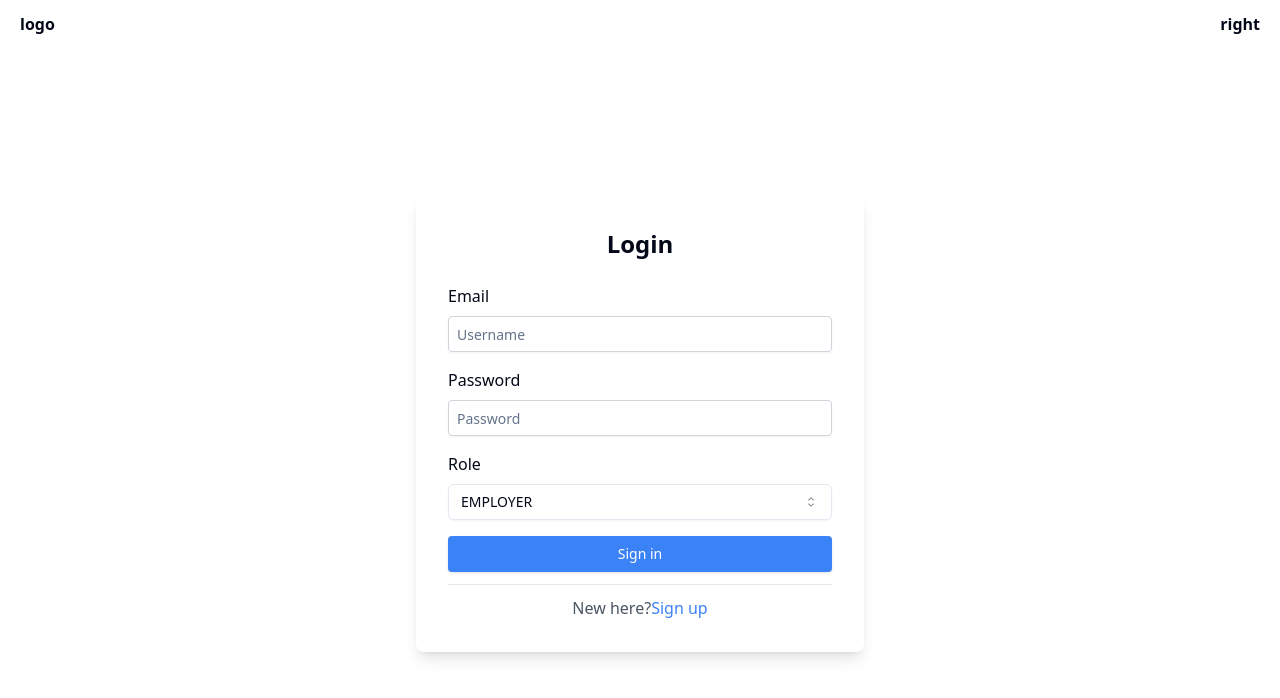
Repository: hisreal123/globalpath_fe
Page: /auth/signin
An editor plug-in stored every save of this project. The page is shown before and after a run of saves, followed by the edit.
The browser window is 1280 px wide. The pictures show the whole page.
The project was rebuilt for these pictures with package versions that can differ from the ones it lists, and the page was loaded fresh each time. Also part of the build but not shown: vite.config.ts, src/components/pages/HomeComponent.tsx, src/pages/Home.tsx, src/pages/Error.tsx, src/pages/About.tsx, src/pages/Blog.tsx, src/pages/Find_jobs.tsx, src/components/Header.tsx and 3 more.

Above is the page before, as saved 2024-10-12 15:59:24.

After the next 3 saves:
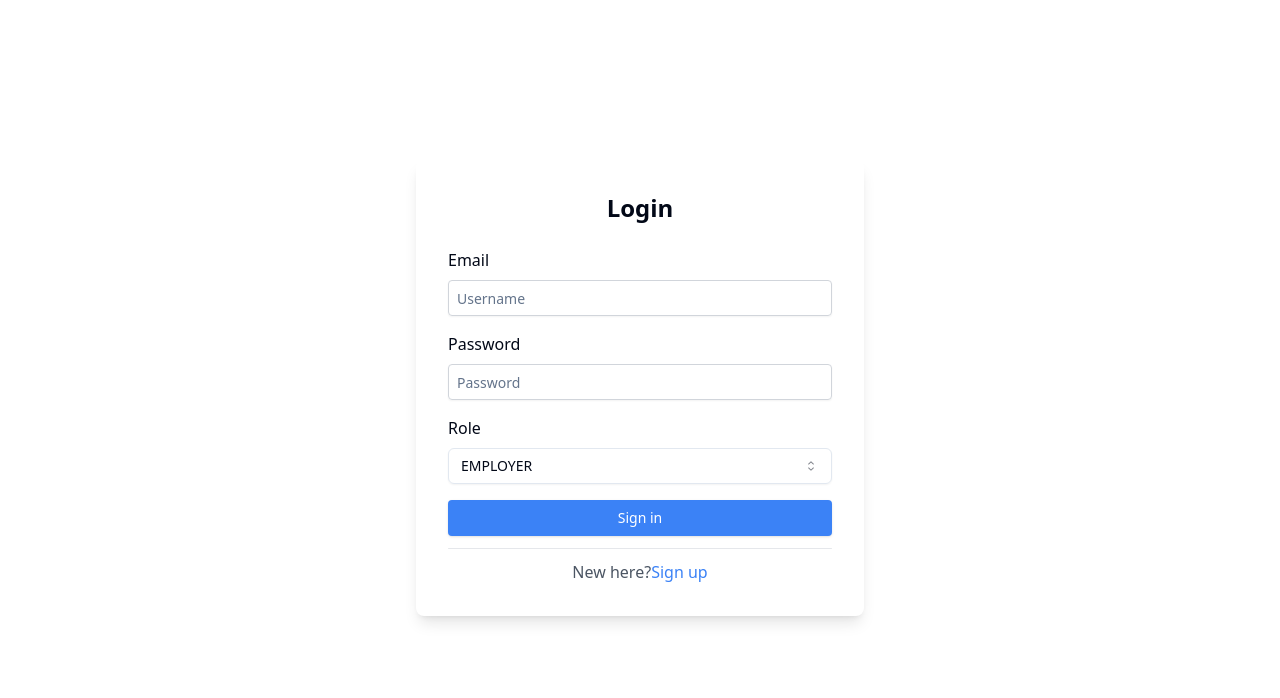
The 3 saves are shown as one change because they came seconds apart.
The last was saved 15 s later.
--- a/src/components/pages/auth/SigninComponent.tsx
+++ b/src/components/pages/auth/SigninComponent.tsx
@@ -48,11 +48,7 @@ const SigninComponent = () => {
   };
 
   return (
-    <div>
-      <div className="top_nav px-5 flex items-center justify-between font-bold pt-3">
-        <Link to="/"> logo</Link>
-        <h2>right</h2>
-      </div>
+
       <div className="form_wrapper bg-white p-8 rounded-lg shadow-lg w-11/12 max-w-md mt-20 md:mt-40 mx-auto">
         <h2 className="text-2xl font-bold mb-6 text-center"> Login </h2>
         <Form {...form}>
@@ -136,7 +132,6 @@ const SigninComponent = () => {
           </Link>
         </p>
       </div>
-    </div>
   );
 };
 
